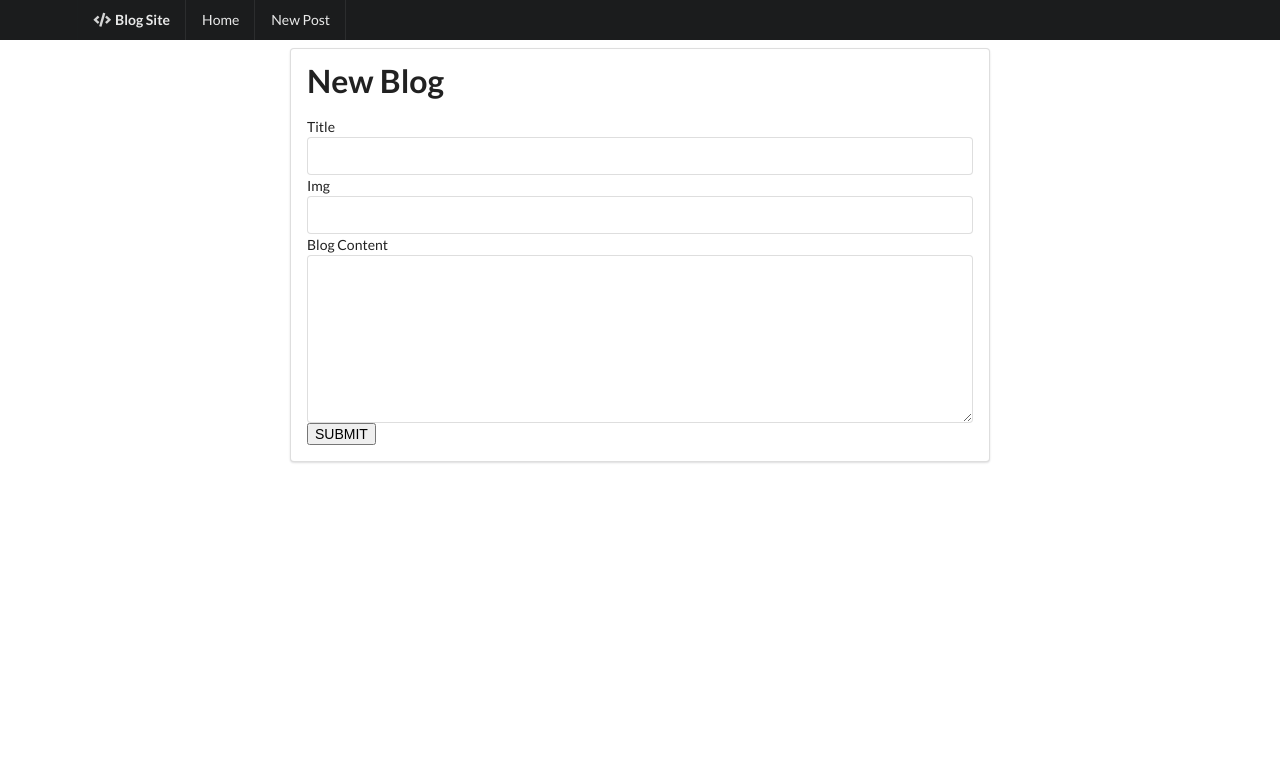
Repository: VictorWangwz/Web-Development
Page: http://localhost/blogs/new
The author's editor kept a record of every edit. The page is drawn from the files as they stood at one moment, then again after the next edit.
The browser window is 1280 px wide. The pictures show the whole page.
Some web libraries are served in a nearby version. The page is served by the project's Node server (RESTfulLearn/app.js).

Above is the page before.

### RESTfulLearn/views/new.ejs

<%include ./partials/header%>
<div class="ui main text container segment">
    <div class="ui huge header">New Blog</div>
    <form class="ui form" action="/blogs" method="POST">
        <div class="filed">
            <label>Title</label>
            <input type="text", name="blog[title]" placehold="title">
        </div>
        <div class="filed">
            <label>Img</label>
            <input type="text", name="blog[img]" placehold="img">
        </div>
        <div class="filed">
            <label>Blog Content</label>
            <textarea name="blog[body]"></textarea>

        </div>
        <button class="btn btn-primary">SUBMIT</button>
    </form>
</div>


<%include ./partials/footer%>

### RESTfulLearn/views/partials/header.ejs
<!DOCTYPE html>
<html>
<head>
	<title>Rest</title>
	<link rel="stylesheet" href="https://cdnjs.cloudflare.com/ajax/libs/semantic-ui/2.3.0/semantic.min.css">
    <link rel="stylesheet" type="text/css" href="/stylesheets/app.css">
</head>
<body>
	<div class ="ui fixed inverted menu">
	    <div class="ui container">
	        <div class="header item"><i class="code icon"></i>Blog Site</div>
    	    <a href="/" class="item">Home</a>
    	    <a href="/blogs/new" class="item">New Post</a>
	    </div>
	 </div>

### RESTfulLearn/app.js
var express=require("express");
var app=express();
var bodyParser=require("body-parser");
var mongoose=require("mongoose");
var methodOverride=require("method-override");
var expressSanitizer=require("express-sanitizer");

mongoose.connect("mongodb://localhost/REST");
app.use(bodyParser.urlencoded({extended:true}));
app.use(expressSanitizer());
app.use(express.static("public"));
app.set("view engine","ejs");
app.use(methodOverride("_method"));

var restSchema=new mongoose.Schema({
    title:String,
    img:String,
    body:String,
    created:{
        type:Date,
        default:Date.now
    }
});
var Rest=mongoose.model("Rest",restSchema);

// Rest.create({
//     title:"Zhen",
//     img:"https://encrypted-tbn0.gstatic.com/images?q=tbn:ANd9GcSEFEF0tRiGzg3Y-ZO_CAW8pAQtHD0sr9pezqUMuXCni1Ko4xuz",
//     body:"hello"
// });
app.get("/",function(req,res){
    res.redirect("/blogs")
});
//Index
app.get("/blogs",function(req,res){

    Rest.find({},function(err,blogs){
        // console.log(blogs);
        if(!err)
         res.render("index",{blogs:blogs})
    })
});
//New
app.get("/blogs/new",function(req, res) {
    res.render("new");
})
//Create
app.post("/blogs",function(req,res){
 req.body.blog.body=req.sanitize(req.body.blog.body);
   Rest.create(req.body.blog,function(err,blog){
       if(!err){

           res.redirect("/blogs");
       }
   });
});
//show
app.get("/blogs/:id",function(req, res) {

    Rest.findById(req.params.id,function(err,foundBlog){
        if(err){
            res.redirect("/");
        }else{
            res.render("show",{blog:foundBlog});
        }
    })
});
//edit
app.get("/blogs/:id/edit",function(req, res) {
    Rest.findById(req.params.id,function(err,foundBlog){
      if(!err){
           res.render("edit",{blog:foundBlog});
      }
    });
});
//update
app.put("/blogs/:id",function(req,res){
    Rest.findByIdAndUpdate(req.params.id,req.body.blog,function(err,updatedBlog){
        if(!err){
            res.redirect("/blogs/"+req.params.id);
        }
    });
});
//destroy
app.delete("/blogs/:id",function(req,res){
    Rest.findByIdAndRemove(req.params.id,function(err){
        if(!err){
            res.redirect("/blogs");
        }
    });
});


app.listen(process.env.PORT,process.env.IP,function(){
    console.log("server has started");
});

### RESTfulLearn/public/stylesheets/app.css
.icon{
    font-size:2em;
}
.segment {
    margin: 100px auto 0;
}
.container.main{
    margin-top:3em;
}
.container.index{
    margin-top:3em;
}
#delete{
    display:inline;
}
img{
    width:100%;
}

Loaded but not shown: RESTfulLearn/views/partials/footer.ejs (common file)

After the next edit:
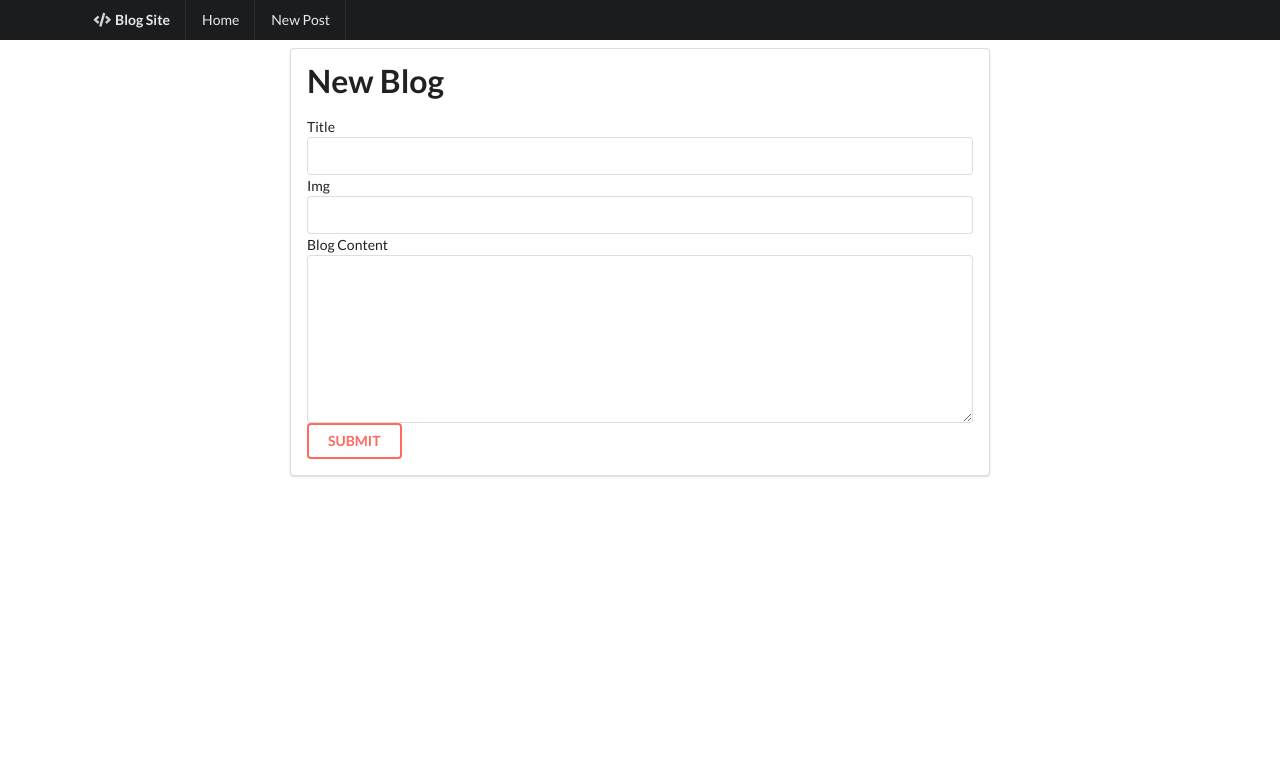
The edit:
--- a/RESTfulLearn/views/new.ejs
+++ b/RESTfulLearn/views/new.ejs
@@ -16,7 +16,7 @@
             <textarea name="blog[body]"></textarea>
 
         </div>
-        <button class="btn btn-primary">SUBMIT</button>
+        <button class="ui inverted red button">SUBMIT</button>
     </form>
 </div>
 
